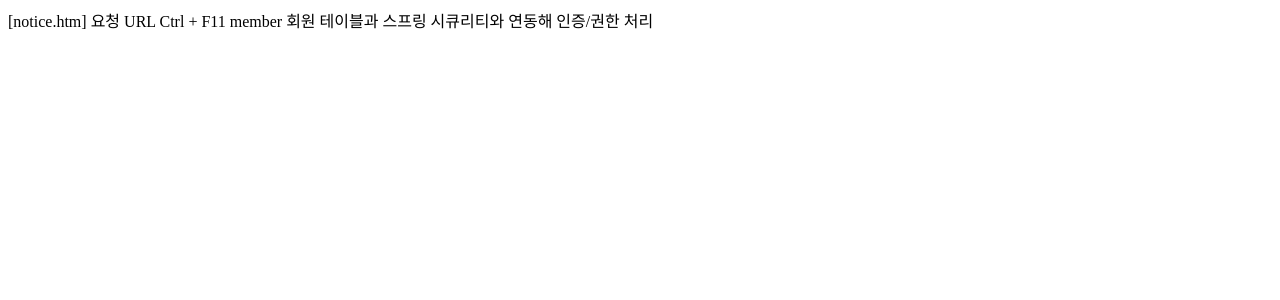
Repository: Vida0822/-
Page: SL11_SECURITY2_JDBC/src/main/webapp/customer/notice.htm
These files come from the project's save history. The page is drawn as it stood at one moment and after the next save; the edit follows.
The browser window is 1280 px wide. The pictures show the whole page.

Above is the page before, as saved 2023-07-04 03:33:07.

### SL11_SECURITY2_JDBC/src/main/webapp/customer/notice.htm
[notice.htm] 요청 URL
Ctrl + F11

member 회원 테이블과 스프링 시큐리티와 연동해 인증/권한 처리

After the next save:
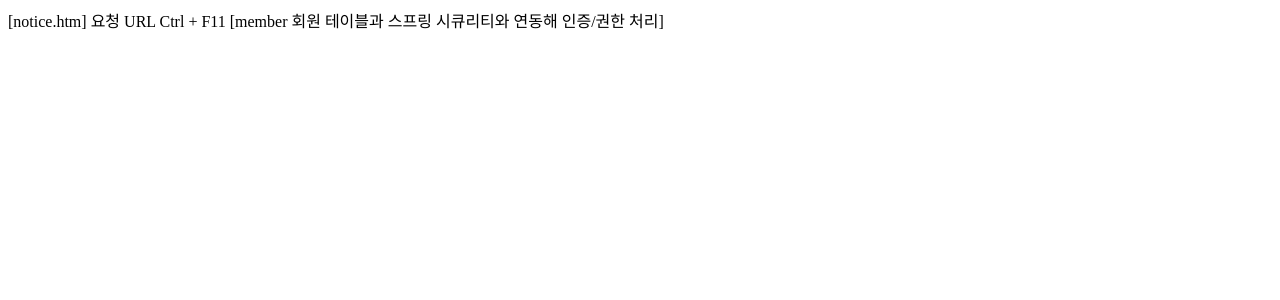
Saved 9 s later.
--- a/SL11_SECURITY2_JDBC/src/main/webapp/customer/notice.htm
+++ b/SL11_SECURITY2_JDBC/src/main/webapp/customer/notice.htm
@@ -1,4 +1,4 @@
 [notice.htm] 요청 URL
 Ctrl + F11
 
-member 회원 테이블과 스프링 시큐리티와 연동해 인증/권한 처리
+[member 회원 테이블과 스프링 시큐리티와 연동해 인증/권한 처리]
